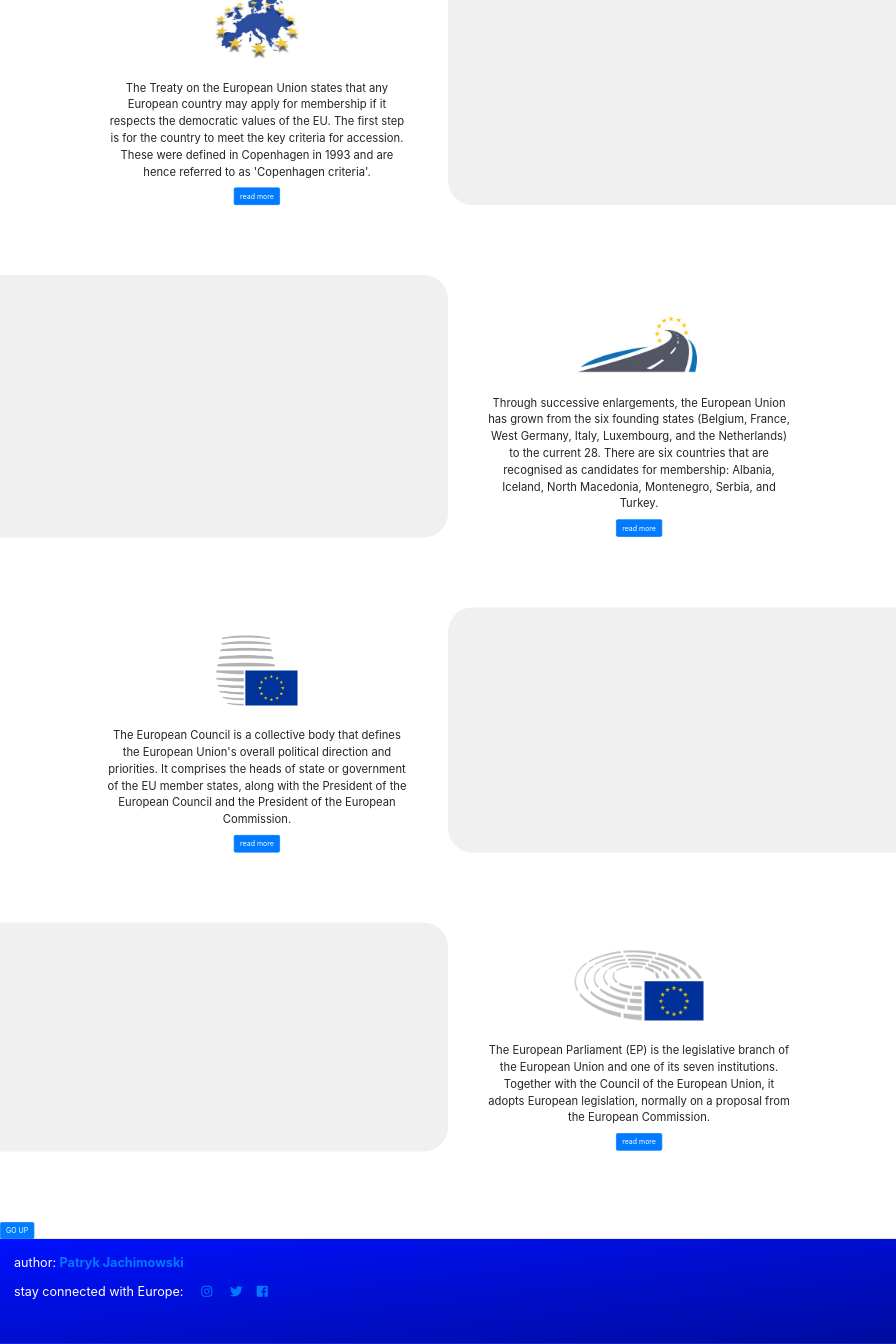
Repository: pjachimowski/renewable
Page: index.html
The author's editor kept a record of every edit. The page is drawn from the files as they stood at one moment, then again after the next edit.
The browser window is 1280 px wide. The pictures show the part of the page from y = 1287 to 3207 px (the page is 3207 px tall), at 70% of full size.
Backgrounds fixed to the window are drawn as part of the page. Some web fonts or font styles are not loaded; a fallback is used. Some web libraries are served in a nearby version.

Above is the page before.
Console error: SyntaxError: Unexpected number

After the next edit:
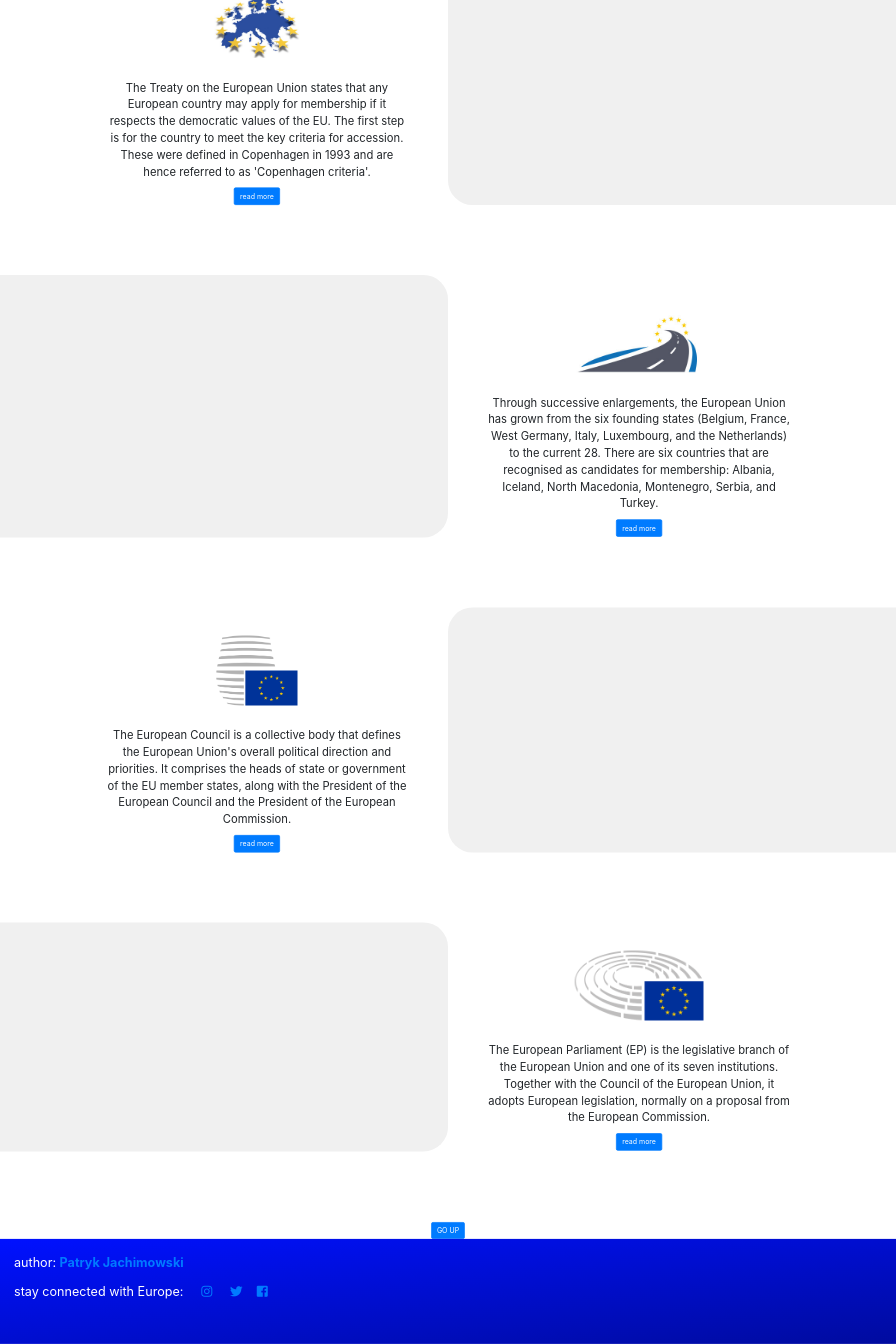
The edit:
--- a/static/css/style.css
+++ b/static/css/style.css
@@ -46,6 +46,12 @@
     border-radius: 10px;
 }
 
+
+.go-up-btn {
+    text-align: center;
+    display: block;
+    font-size: 14px;
+}
 
 /*------- callout -----------*/
 
